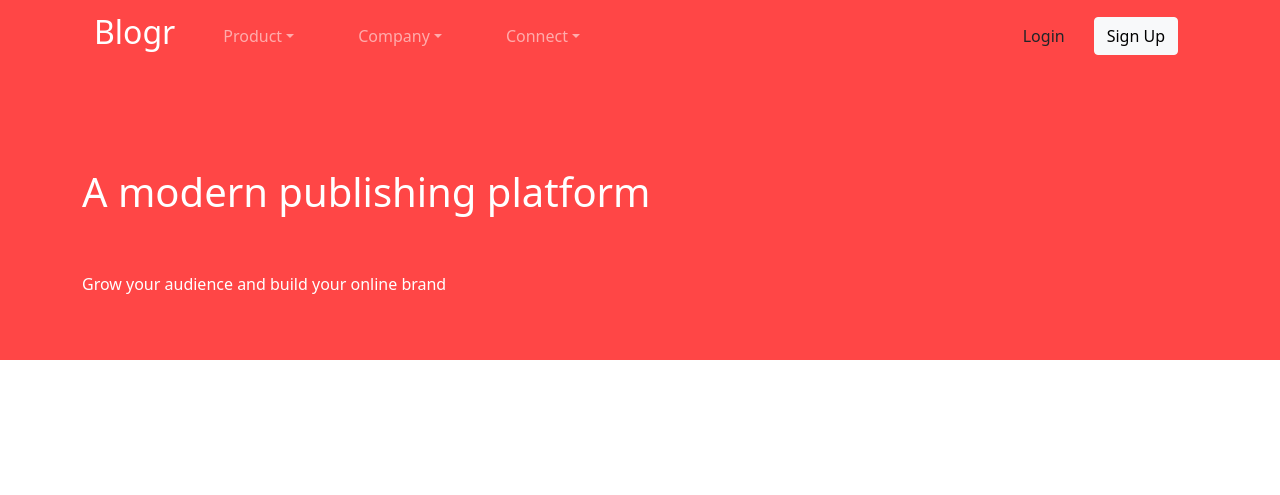
Repository: badhon252/blogr-landing-page
Page: /
The author's editor kept a copy of each file at every save. The page is drawn from the files as they stood at one save, then again after the next save.
The browser window is 1280 px wide. The pictures show the whole page.
The project was rebuilt for these pictures with package versions that can differ from the ones it lists, and the page was loaded fresh each time.

Above is the page before, as saved 2022-01-17 23:08:13.

After the next save:
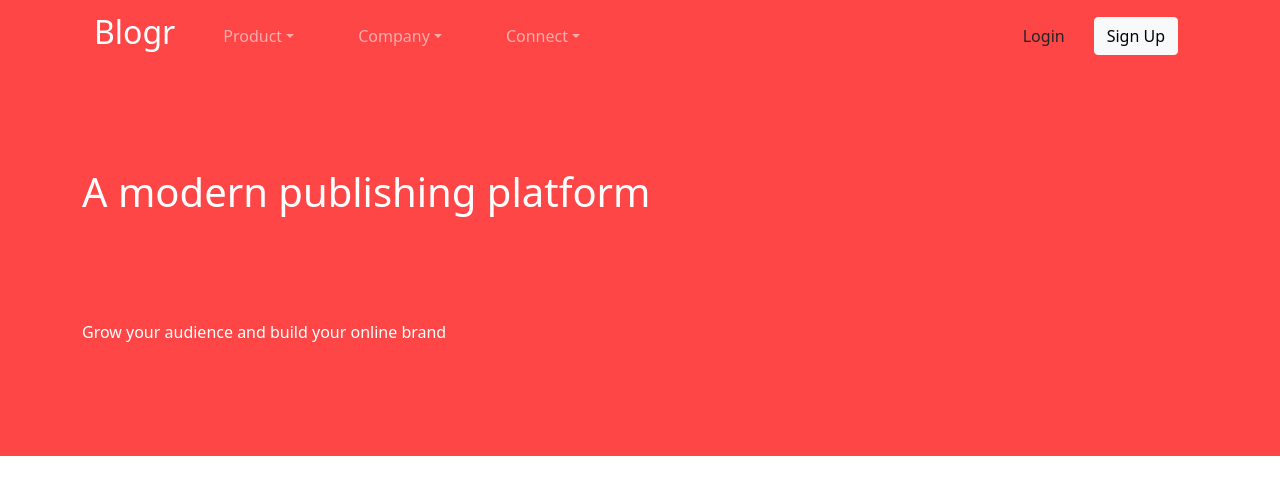
Saved 22 s later.
--- a/src/components/Header/Header.js
+++ b/src/components/Header/Header.js
@@ -9,7 +9,7 @@ export default function Header() {
         <Nav />
         <div className="py-5">
           <h1 className=" py-5">A modern publishing platform</h1>
-          <p className="header-p">
+          <p className="header-p py-5">
             Grow your audience and build your online brand
           </p>
         </div>
